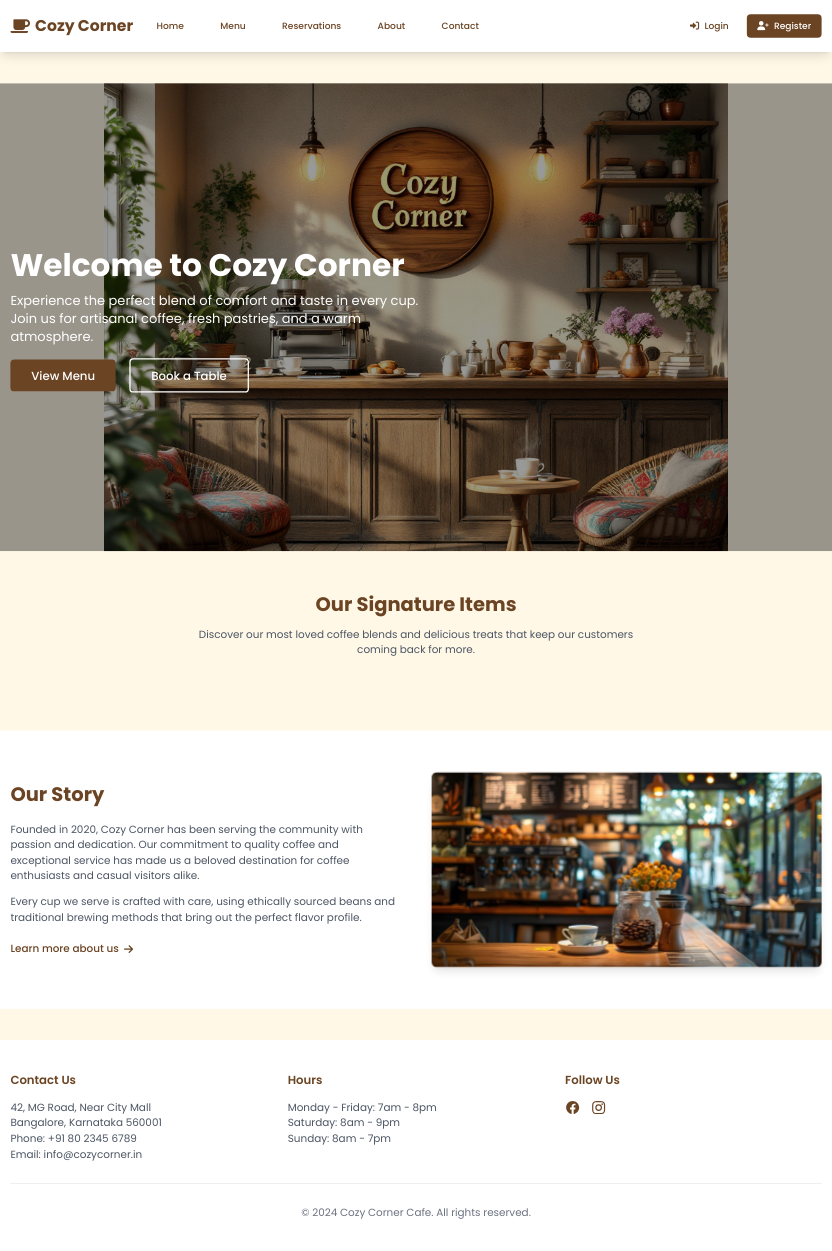
Repository: Aryansin1234/cafe-website
Page: http://localhost/
The author's editor kept a copy of each file at every save. The page is drawn from the files as they stood at one save, then again after the next save.
The browser window is 1280 px wide. The pictures show the whole page, at 65% of full size.
Some web libraries are served in a nearby version. The page is run by PHP 8.4 with error messages shown; the project is at /var/www/html/. Queries for data that is not in the repository find no rows.

Above is the page before, as saved 2025-04-10 14:57:53.

After the next save:
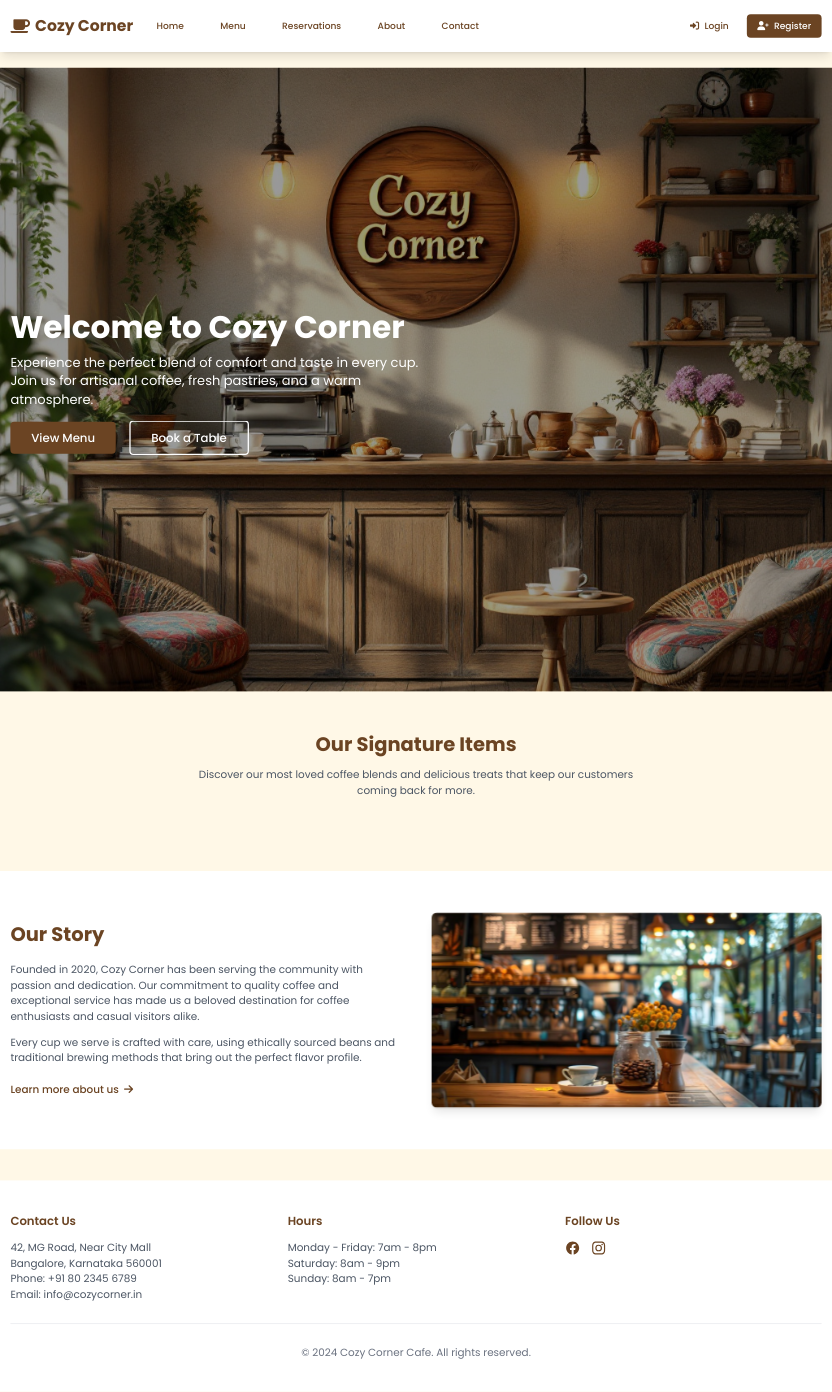
Saved 22 s later.
--- a/index.php
+++ b/index.php
@@ -1,13 +1,13 @@
 <?php require_once 'partials/header.php'; ?>
 
 <!-- Hero Section -->
-<div class="relative w-full overflow-hidden">
-    <div class="w-full">
-        <img src="assets/images/hero-bg1.jpg" alt="Cafe Interior" class="w-full max-h-screen object-contain">
+<div class="relative w-full overflow-hidden -mt-6">
+    <div class="w-full min-h-[400px] md:min-h-[600px]">
+        <img src="assets/images/hero-bg1.jpg" alt="Cafe Interior" class="w-full h-full object-cover">
         <div class="absolute inset-0 bg-black bg-opacity-40"></div>
     </div>
     <div class="absolute inset-0 flex items-center">
-        <div class="max-w-7xl mx-auto px-4 w-full">
+        <div class="max-w-7xl mx-auto px-4 w-full py-12">
             <div class="text-white max-w-2xl" data-aos="fade-up" data-aos-duration="1000">
                 <h1 class="text-5xl font-bold mb-4">Welcome to Cozy Corner</h1>
                 <p class="text-xl mb-8">Experience the perfect blend of comfort and taste in every cup. Join us for artisanal coffee, fresh pastries, and a warm atmosphere.</p>
